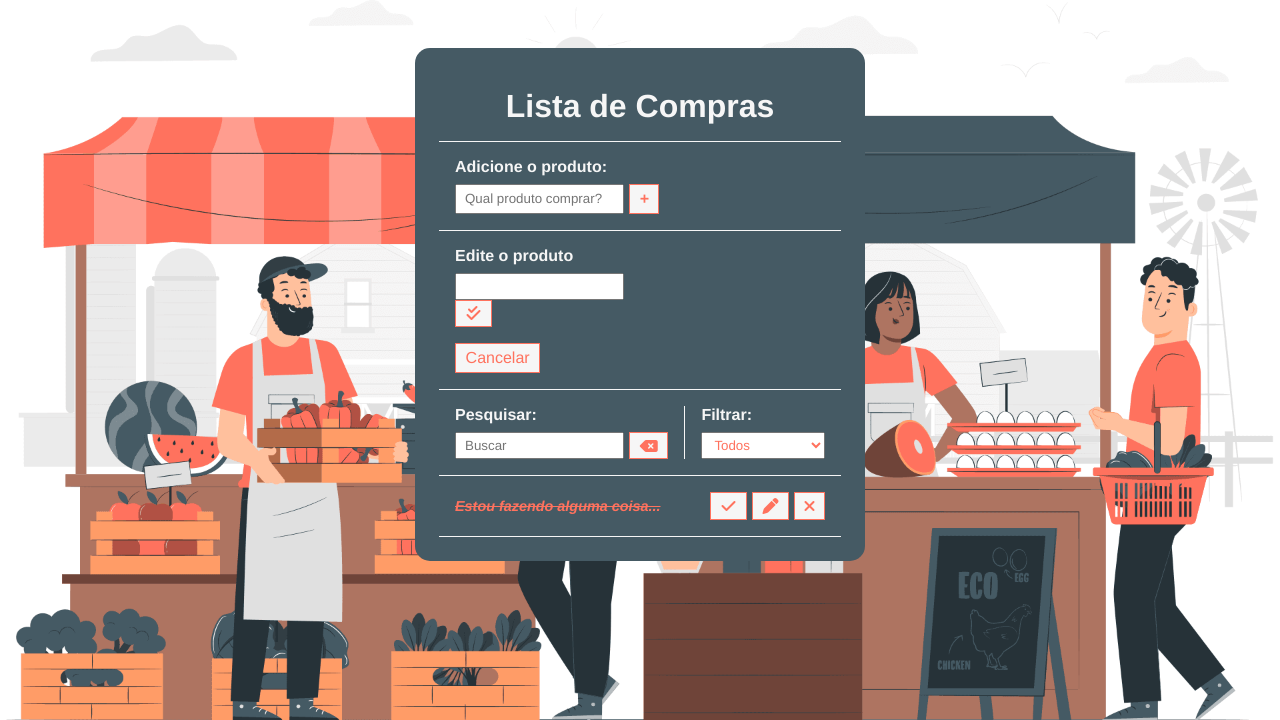
Repository: Dkrvalho/mercado
Page: index.html
The author's editor kept a copy of each file at every save. The page is drawn from the files as they stood at one save, then again after a run of saves.
The browser window is 1280 px wide. The pictures show the whole page.

Above is the page before, as saved 2023-01-09 19:35:38.

After the next 2 saves:
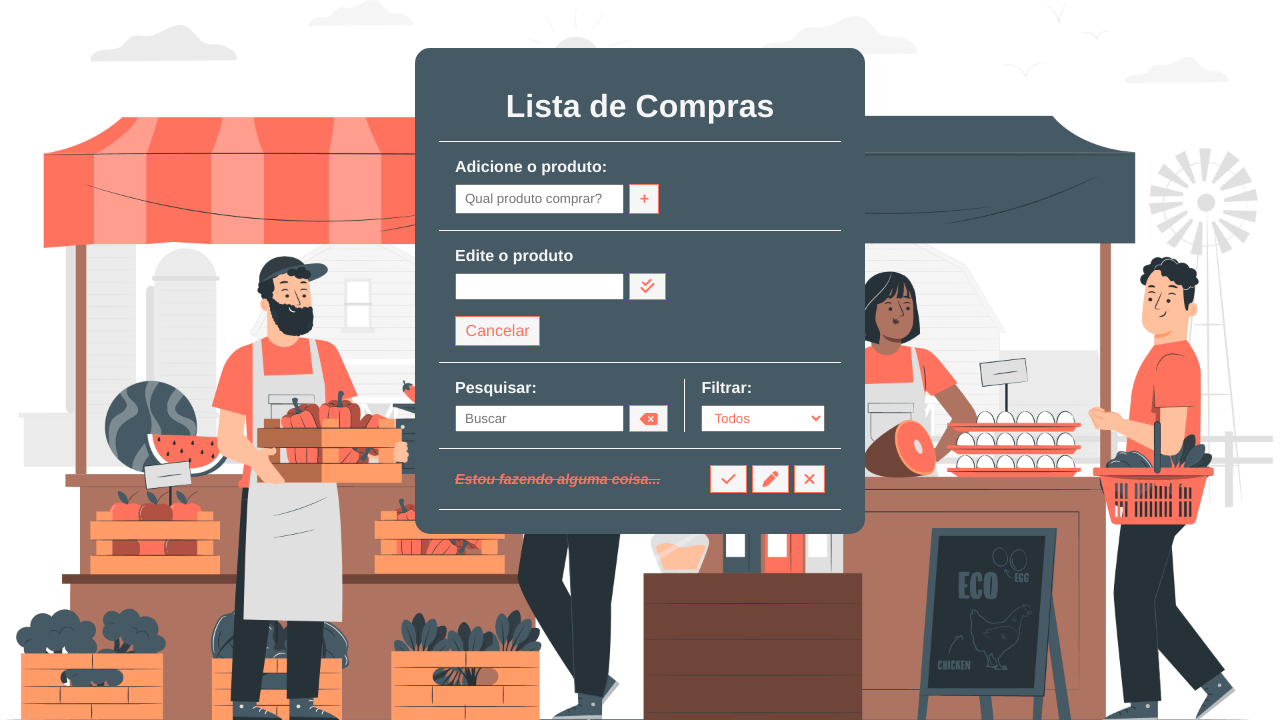
The 2 saves are shown as one change because they came seconds apart.
The last was saved 3 min 46 s later.
--- a/index.html
+++ b/index.html
@@ -29,7 +29,7 @@
         </form>
         <form id="edit-form" class="">
             <p>Edite o produto</p>
-            <div id="form-control">
+            <div class="form-control">
                 <input type="text" id="edit-input" aria-label="adicionar produto">
                 <button type="submit" aria-label="confirmar edição">
                     <i class="fa-solid fa-check-double"></i>
